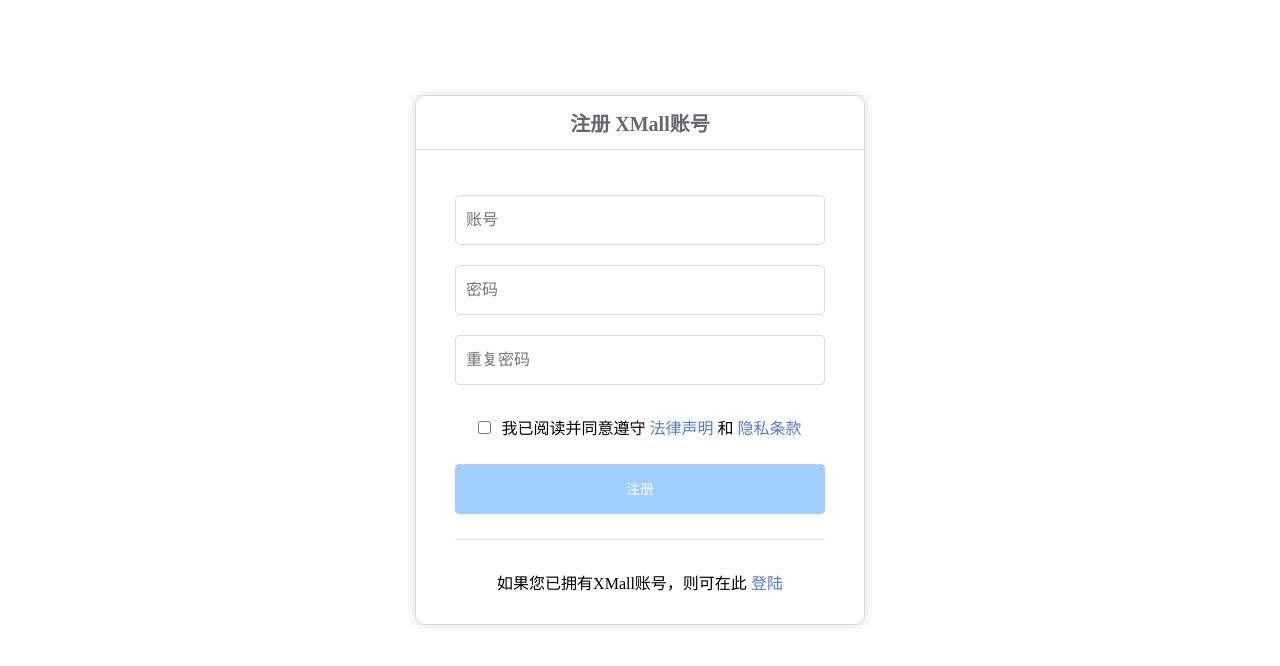
Repository: dingqihui1997/xmall-demo
Page: /register
These files come from the project's save history. The page is drawn as it stood at one moment and after the next save; the edit follows.
The browser window is 1280 px wide. The pictures show the whole page.
The project was rebuilt for these pictures with package versions that can differ from the ones it lists, and the page was loaded fresh each time. Also part of the build but not shown: vue.config.js, src/views/Home.vue.

Above is the page before, as saved 2021-06-29 16:08:03.

After the next save:
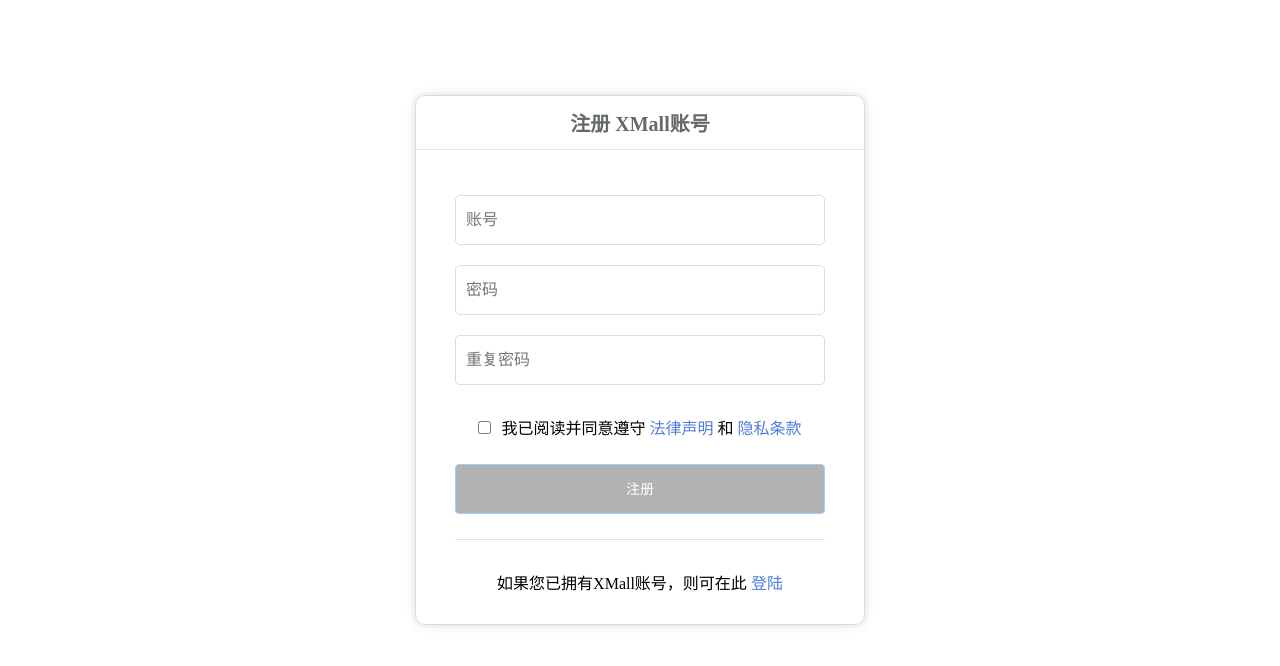
Saved 4 min 49 s later.
--- a/src/components/register/Register.vue
+++ b/src/components/register/Register.vue
@@ -32,7 +32,12 @@
       </div>
       <div class="flex-ja regis">
         <!-- 动态绑定属性，最先是true禁用状态 -->
-        <el-button type="primary" :disabled="flag">注册</el-button>
+        <el-button
+          type="primary"
+          :disabled="flag"
+          :class="{ back: flag === true }"
+          >注册</el-button
+        >
       </div>
       <div class="flex-ja">
         <div class="bottom flex-ja">
@@ -134,4 +139,7 @@
   border-top: 1px #e0e0df solid;
   padding: 30px 0;
 }
+.back {
+  background-color: #b2b2b2;
+}
 </style>
